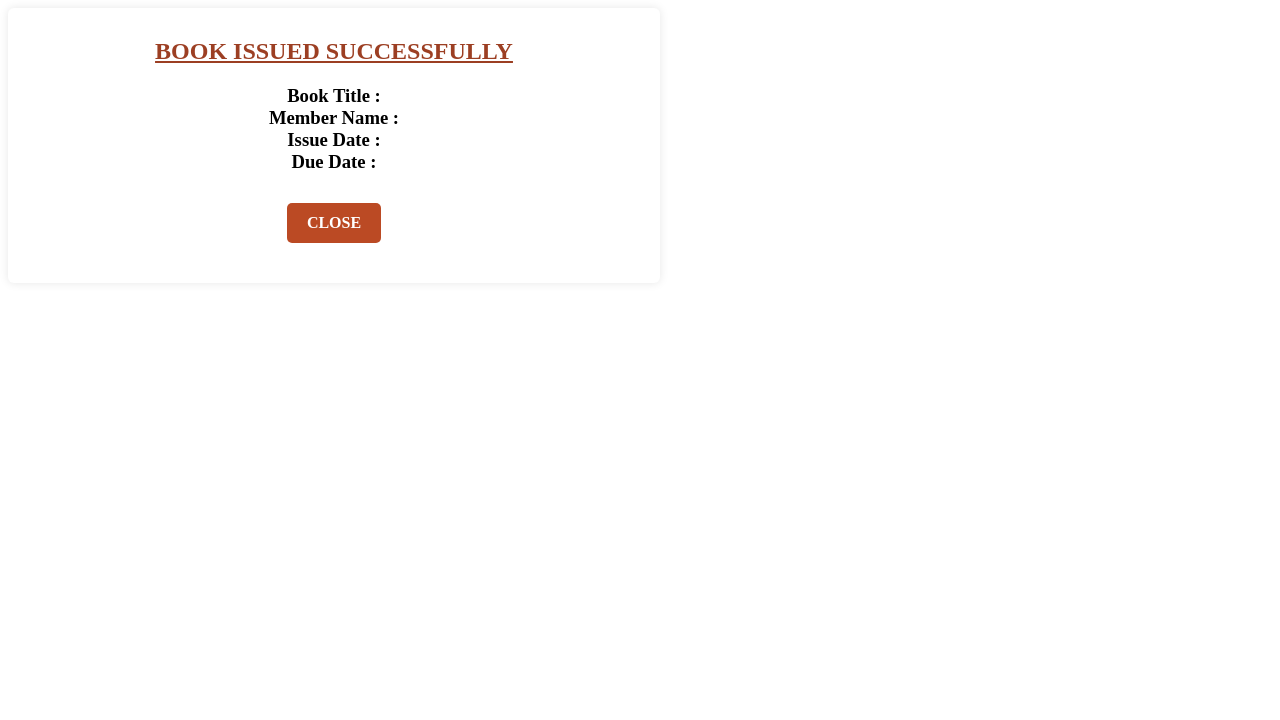
Repository: devikrishna908/RURAL-LIBRARY-MANAGEMENT
Page: http://localhost/library-management/WEB-INF/jsp/issue-success.jsp
These files come from the project's save history. The page is drawn as it stood at one moment and after the next save; the edit follows.
The browser window is 1280 px wide. The pictures show the whole page.
The page is served by Tomcat 9. Nobody is signed in. Other server files are loaded and not shown. The template is opened directly, without the code that normally fills it, so the values that code supplies are empty.

Above is the page before, as saved 2024-05-27 06:01:37.

### library-management/src/main/webapp/WEB-INF/jsp/issue-success.jsp
<%@ page language="java" contentType="text/html; charset=ISO-8859-1"
    pageEncoding="ISO-8859-1"%>
<%@ taglib prefix="form" uri="http://www.springframework.org/tags/form"%>
<%@ taglib prefix="c" uri="http://java.sun.com/jsp/jstl/core"%>
<!DOCTYPE html>
<html>
<head>
<meta charset="ISO-8859-1">
<title>Issue Success</title>
<link rel="stylesheet" href="css/success-style.css">
<script type="text/javascript">
	function cancelAction(){
		window.history.back();
	}
</script>
</head>
<body>
	<form action="/" class="info">
		<h2>BOOK ISSUED SUCCESSFULLY</h2>
	    <label>Book Title : <c:out value="${bookTitle}" /></label><br>
        <label>Member Name : <c:out value="${memberName}" /></label><br>
        <label>Issue Date : <c:out value="${issueDate}" /></label><br>
        <label>Due Date : <c:out value="${dueDate}" /></label><br>
	   	<input type="button" value="CLOSE" class="close" onclick="cancelAction()"> <br>
	</form>
</body>
</html>

### library-management/src/main/resources/static/css/success-style.css

input[type="button"].close {
	background-color: rgb(187, 74, 36); /* Red background for the "CANCEL" button */
	color: white;
	height: 40px;
	padding: 8px 20px;
	font-size: 12pt;
	border: none;
	margin-top: 30px;
	font-family: 'Times New Roman', Times, serif;
	font-weight: bold;
	cursor: pointer;
	margin-bottom: 30px;
	border-radius: 5px;
}
.info {
    width: 50%; /* Adjust the width of the container as needed */
    background-color: rgb(255, 255, 255);
    border-radius: 6px; /* Add rounded corners to the container */
    box-shadow: 0 0 10px rgba(0, 0, 0, 0.1);
    padding: 10px;
    text-align: center;
    }
.container {
        display: flex;
        justify-content: center;
        align-items: center;
        height: 100vh;
    }

label{
	font-family:'Times New Roman', Times, serif ;
	font-size: 14pt;
	font-weight: bold;

}
h1 {
    margin-top: 60px;
    text-align: left;
    color: rgb(201, 64, 61);
}

h2 {
	text-align: center;
    font-family: serif;
    text-decoration: underline;
    color: rgb(156, 63, 35);
}

After the next save:
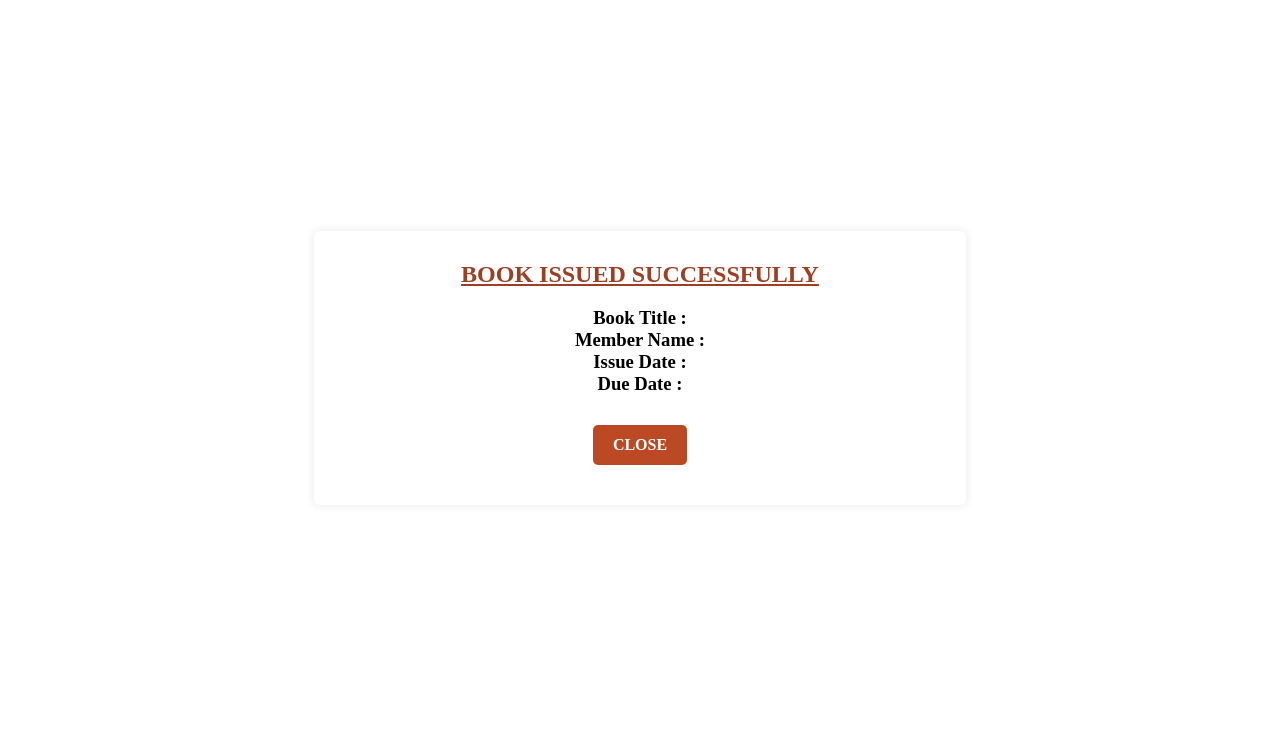
Saved 4 min 36 s later.
--- a/library-management/src/main/webapp/WEB-INF/jsp/issue-success.jsp
+++ b/library-management/src/main/webapp/WEB-INF/jsp/issue-success.jsp
@@ -15,6 +15,7 @@
 </script>
 </head>
 <body>
+ <div class="container">
 	<form action="/" class="info">
 		<h2>BOOK ISSUED SUCCESSFULLY</h2>
 	    <label>Book Title : <c:out value="${bookTitle}" /></label><br>
@@ -23,5 +24,6 @@
         <label>Due Date : <c:out value="${dueDate}" /></label><br>
 	   	<input type="button" value="CLOSE" class="close" onclick="cancelAction()"> <br>
 	</form>
+	</div>
 </body>
 </html>
